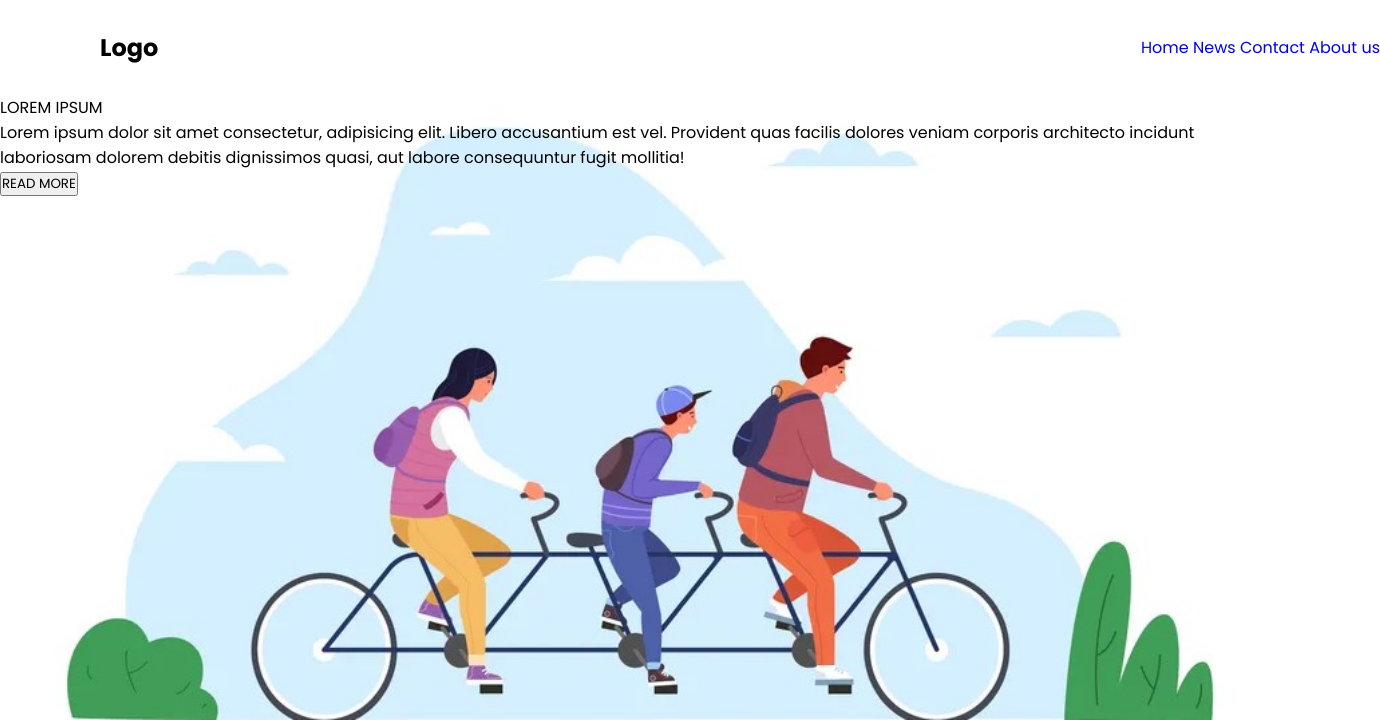
Repository: nganha241/1806
Page: index.html
These files come from the project's save history. The page is drawn as it stood at one moment and after a run of saves; the edit follows.
The browser window is 1280 px wide. The page is 1380 px wide, then 1280 px, so the pictures cover 1380 px, including what lies to the right of the window. The pictures show the whole page.

Above is the page before, as saved 2022-06-18 15:42:28.

After the next 2 saves:
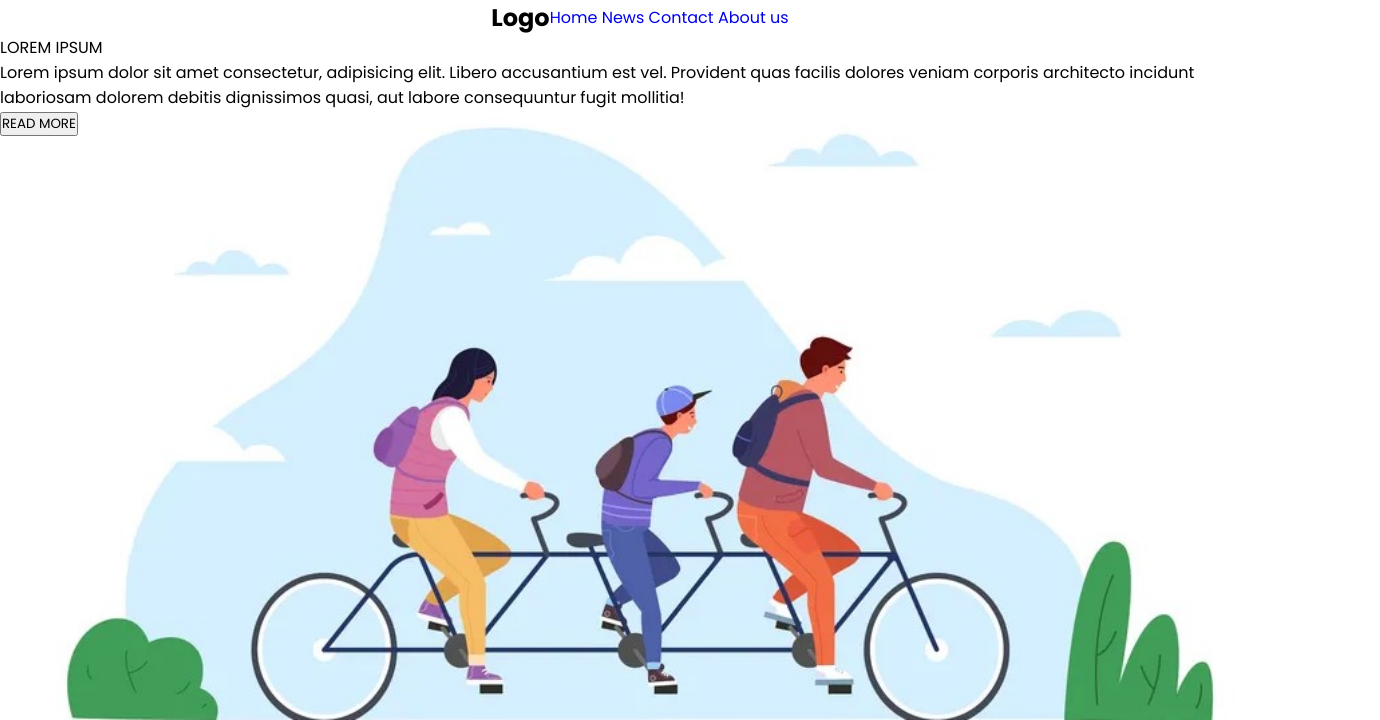
The 2 saves are shown as one change because they came seconds apart.
The last was saved 18 s later.
--- a/style.css
+++ b/style.css
@@ -26,9 +26,9 @@ section header {
     position: relative;
     top: 0;
     width: 100%;
-    margin: 30px 100px;
+    /* margin: 30px 100px; */
     display: flex;
-    justify-content: space-between;
+    justify-content: center;
     align-items: center;
 }
 /*
